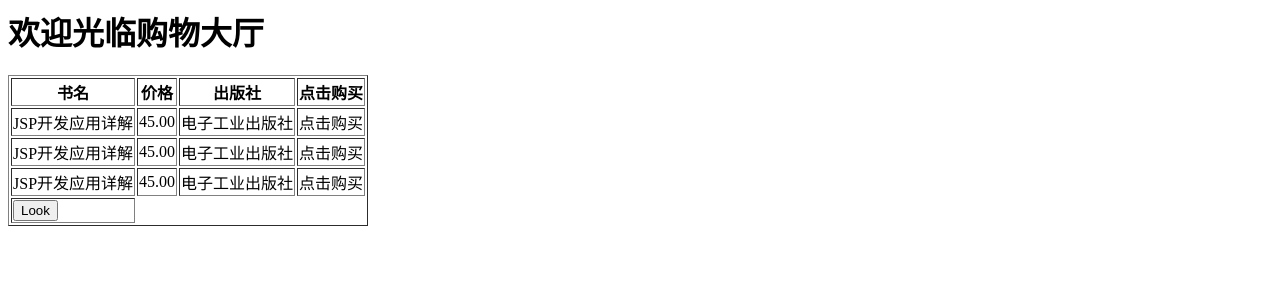
Repository: zhouguangyuan/hspjsp
Page: http://localhost/myshopping/WEB-INF/hall.jsp
An editor plug-in stored every save of this project. The page is shown before and after the next save, followed by the edit.
The browser window is 1280 px wide. The pictures show the whole page.
The page is served by Tomcat 9. Nobody is signed in. The template is opened directly, without the code that normally fills it, so the values that code supplies are empty.

Above is the page before, as saved 2018-03-24 09:25:36.

After the next save:
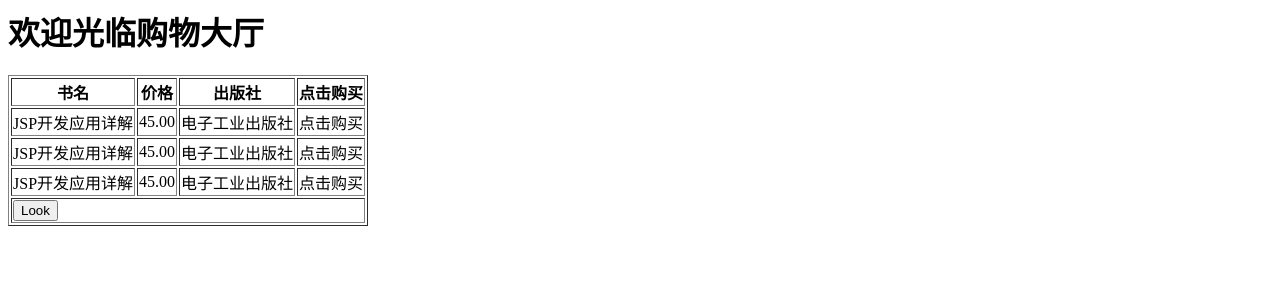
Saved 28 min 48 s later.
--- a/myshopping/WebRoot/WEB-INF/hall.jsp
+++ b/myshopping/WebRoot/WEB-INF/hall.jsp
@@ -26,10 +26,8 @@
 
 	<body>
 
+			<h1>欢迎光临购物大厅</h1>
 		<table border="1">
-			<h1>
-				欢迎光临购物大厅
-			</h1>
 			<tr>
 				<th>
 					书名
@@ -86,7 +84,7 @@
 					点击购买
 				</td>
 			</tr>
-			<tr colspan="4"><td><input type="button" value="Look" /></td></tr>
+			<tr><td colspan="4"><input type="button" value="Look" /></td></tr>
 		</table>
 	</body>
 </html>
